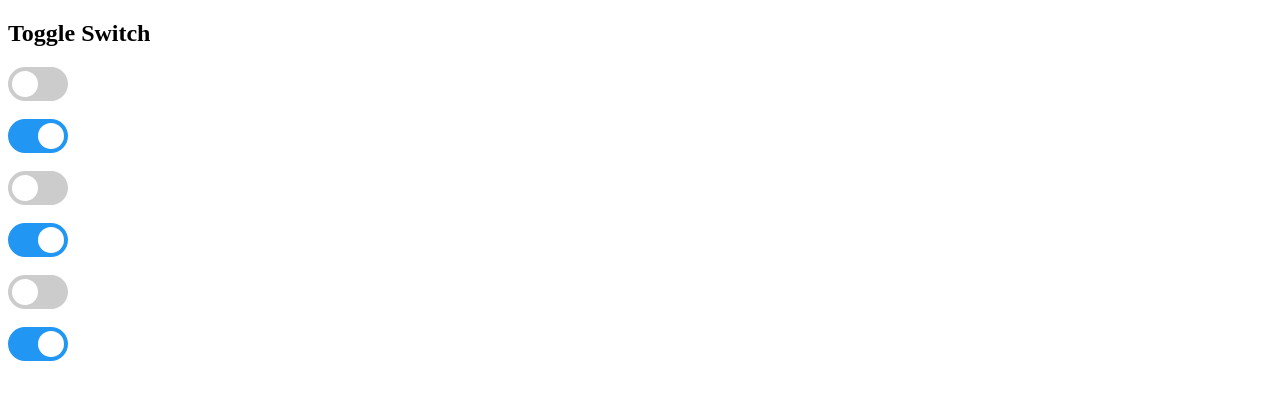
Repository: poornasyamasundar/Software-Project-Manager
Page: Resources/toggle_switch.html
An editor plug-in stored every save of this project. The page is shown before and after the next save, followed by the edit.
The browser window is 1280 px wide. The pictures show the whole page.

Above is the page before, as saved 2021-10-17 20:42:26.

### Resources/toggle_switch.html
<!-- <!DOCTYPE html>
<html lang="en">
<head>
  <title>checkbox</title>
  <meta charset="utf-8">
  <meta name="viewport" content="width=device-width, initial-scale=1">
  <link rel="stylesheet" href="https://maxcdn.bootstrapcdn.com/bootstrap/3.4.1/css/bootstrap.min.css">
  <script src="https://ajax.googleapis.com/ajax/libs/jquery/3.5.1/jquery.min.js"></script>
  <script src="https://maxcdn.bootstrapcdn.com/bootstrap/3.4.1/js/bootstrap.min.js"></script>
</head>
<body>
    <div class="custom-control custom-switch">
        <input type="checkbox" class="custom-control-input" id="customSwitch1" checked>
        <label class="custom-control-label" for="customSwitch1">Toggle this switch element</label>
      </div>
</body>
</html> -->

<!DOCTYPE html>
<html>
<head>
<meta name="viewport" content="width=device-width, initial-scale=1">
<style>
.switch {
  position: relative;
  display: inline-block;
  width: 60px;
  height: 34px;
}

.switch input {
  opacity: 0;
  width: 0;
  height: 0;
}

.slider {
  position: absolute;
  cursor: pointer;
  top: 0;
  left: 0;
  right: 0;
  bottom: 0;
  background-color: #ccc;
  -webkit-transition: .4s;
  transition: .4s;
}

.slider:before {
  position: absolute;
  content: "";
  height: 26px;
  width: 26px;
  left: 4px;
  bottom: 4px;
  background-color: white;
  -webkit-transition: .4s;
  transition: .4s;
}

input:checked + .slider {
  background-color: #2196F3;
}

input:focus + .slider {
  box-shadow: 0 0 1px #2196F3;
}

input:checked + .slider:before {
  -webkit-transform: translateX(26px);
  -ms-transform: translateX(26px);
  transform: translateX(26px);
}

/* Rounded sliders */
.slider.round {
  border-radius: 34px;
}

.slider.round:before {
  border-radius: 50%;
}
</style>
</head>
<body>

<h2>Toggle Switch</h2>



<label class="switch">
  <input type="checkbox">
  <span class="slider round"></span>
</label><br/>
<br/>

<label class="switch">
  <input type="checkbox" checked>
  <span class="slider round"></span>
</label><br/>
<br/>

<label class="switch">
    <input type="checkbox">
    <span class="slider round"></span>
  </label><br/>
  <br/>

  <label class="switch">
    <input type="checkbox" checked>
    <span class="slider round"></span>
  </label><br/>
  <br/>

  <label class="switch">
    <input type="checkbox">
    <span class="slider round"></span>
  </label><br/>
  <br/>

  <label class="switch">
    <input type="checkbox" checked>
    <span class="slider round"></span>
  </label><br/>
  <br/>

</body>
</html>

After the next save:
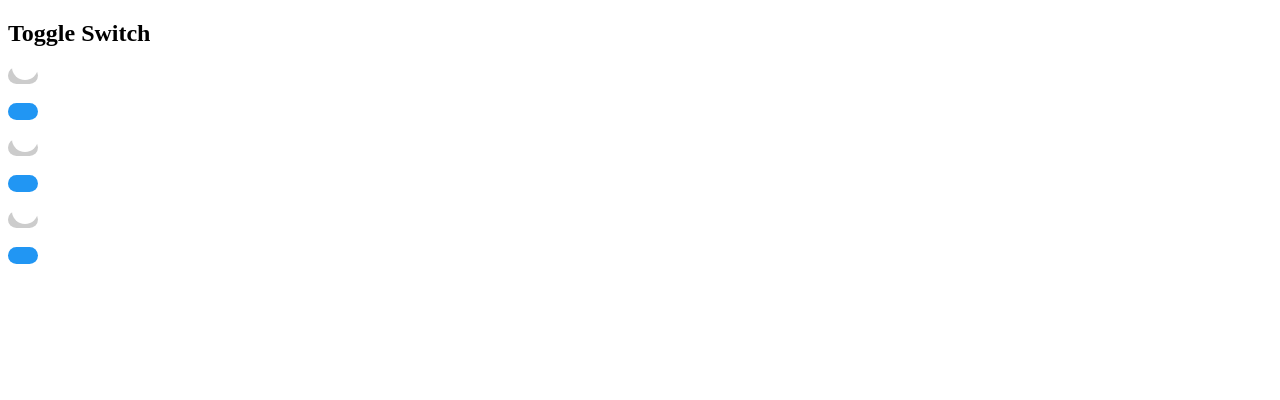
Saved 16 s later.
--- a/Resources/toggle_switch.html
+++ b/Resources/toggle_switch.html
@@ -24,8 +24,8 @@
 .switch {
   position: relative;
   display: inline-block;
-  width: 60px;
-  height: 34px;
+  width: 30px;
+  height: 17px;
 }
 
 .switch input {

After the save that followed:
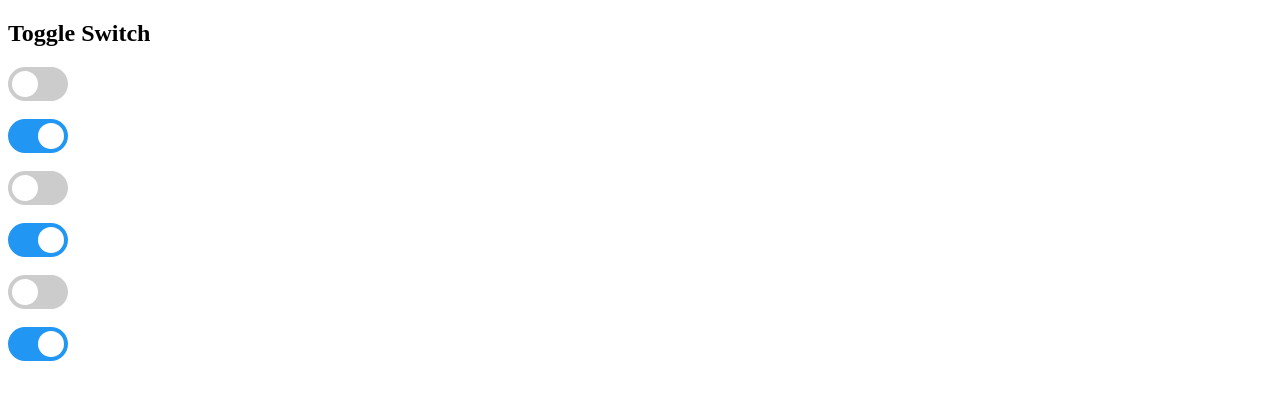
Saved 22 s later.
--- a/Resources/toggle_switch.html
+++ b/Resources/toggle_switch.html
@@ -24,8 +24,8 @@
 .switch {
   position: relative;
   display: inline-block;
-  width: 30px;
-  height: 17px;
+  width: 60px;
+  height: 34px;
 }
 
 .switch input {
